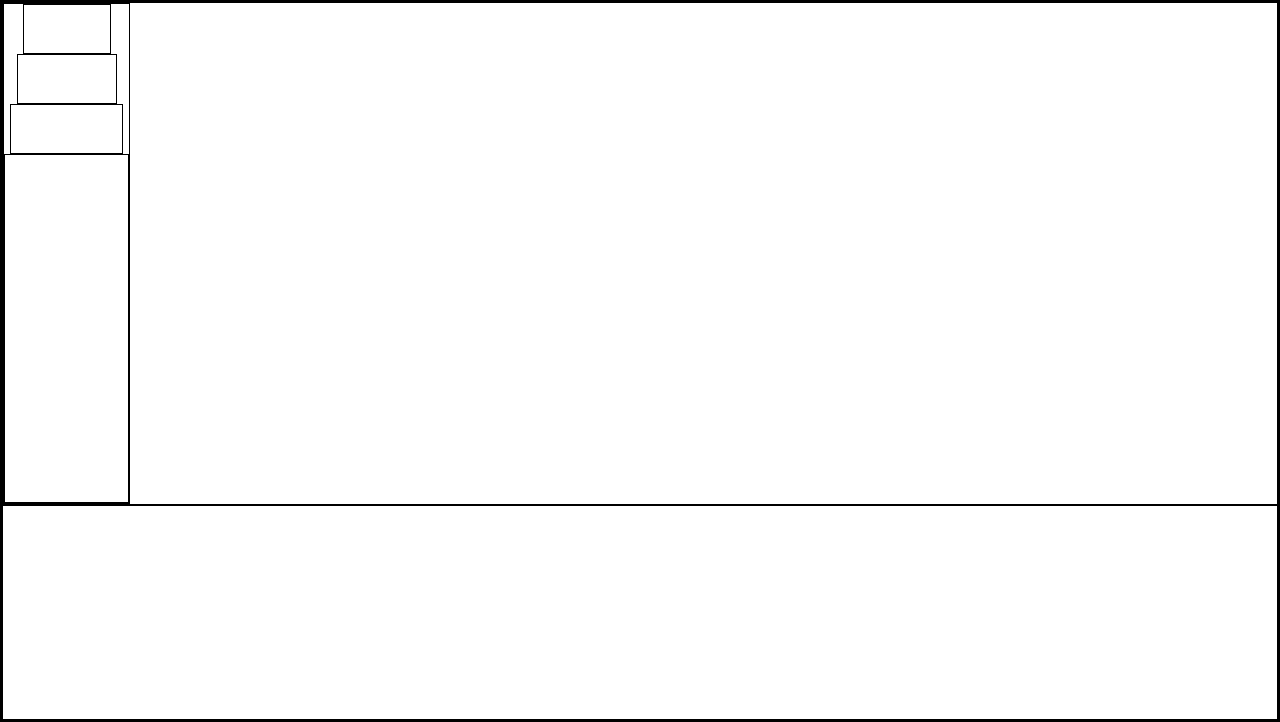
Repository: Lungdjos/city_skyline
Page: index.html
The author's editor kept a copy of each file at every save. The page is drawn from the files as they stood at one save, then again after the next save.
The browser window is 1280 px wide. The pictures show the whole page.

Above is the page before, as saved 2023-12-11 09:41:01.

### index.html
<!DOCTYPE html>
<html lang="en">

<head>
    <meta charset="UTF-8">
    <meta name="viewport" content="width=device-width, initial-scale=1.0">
    <title>City Skyline</title>
    <link href="styles.css" rel="stylesheet" />
</head>

<body>
    <div class="background-buildings">
        <div class="bb1">
            <div class="bb1a"></div>
            <div class="bb1b"></div>
            <div class="bb1c"></div>
            <div class="bb1d"></div>
        </div>
        <div class="bb2"></div>
    </div>
</body>

</html>

### styles.css
* {
    border: 1px solid black;
    box-sizing: border-box;
}

body {
    height: 100vh;
    margin: 0;
    overflow: hidden;
}

.background-buildings {
    width: 100%;
    height: 100%;
}

.bb1 {
    width: 10%;
    height: 70%;
    display: flex;
    flex-direction: column;
    align-items: center;
    --building-color1: #aa;
}

.bb1a {
    width: 70%;
    height: 10%;
    background-color: var(--building-color1);
}

.bb1b {
    width: 80%;
    height: 10%;
    background-color: var(--building-color1);
}

.bb1c {
    width: 90%;
    height: 10%;
    background-color: var(--building-color1);
}

.bb1d {
    width: 100%;
    height: 70%;
    background-color: var(--building-color1);
}

After the next save:
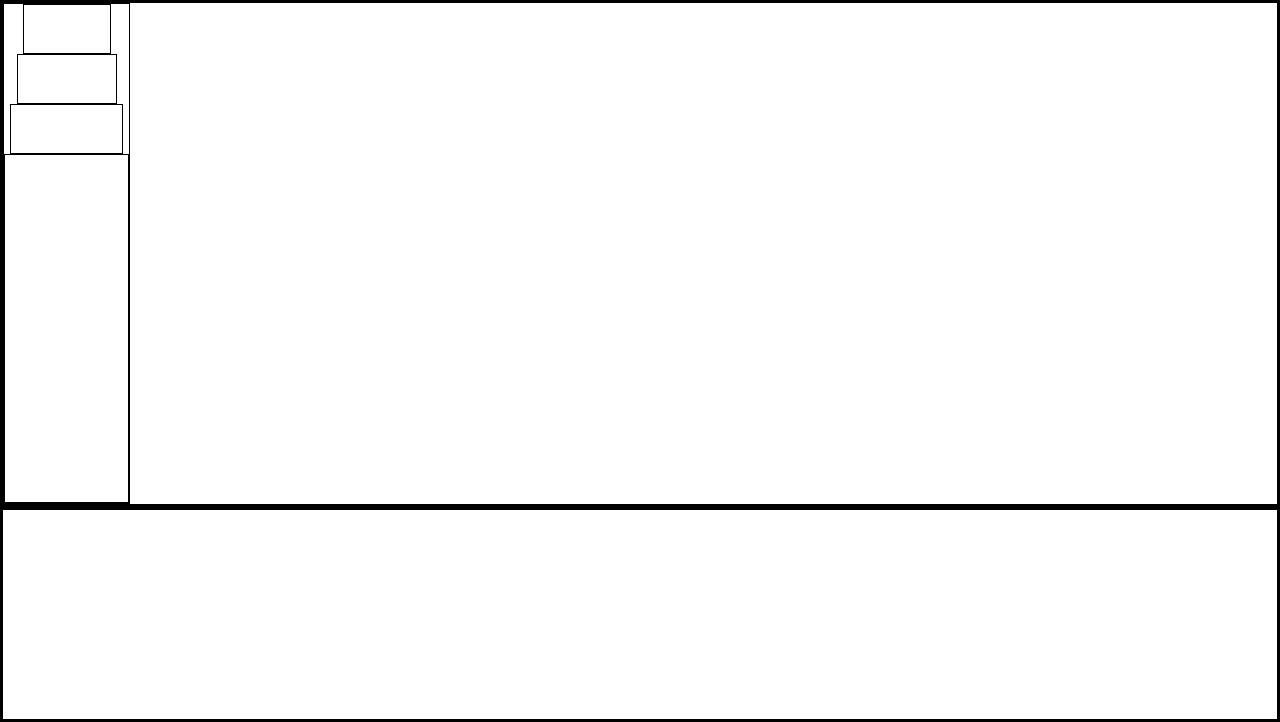
Saved 5 s later.
--- a/index.html
+++ b/index.html
@@ -17,6 +17,8 @@
             <div class="bb1d"></div>
         </div>
         <div class="bb2"></div>
+        <div class="bb2"></div>
+        <div class="bb2"></div>
     </div>
 </body>
 
